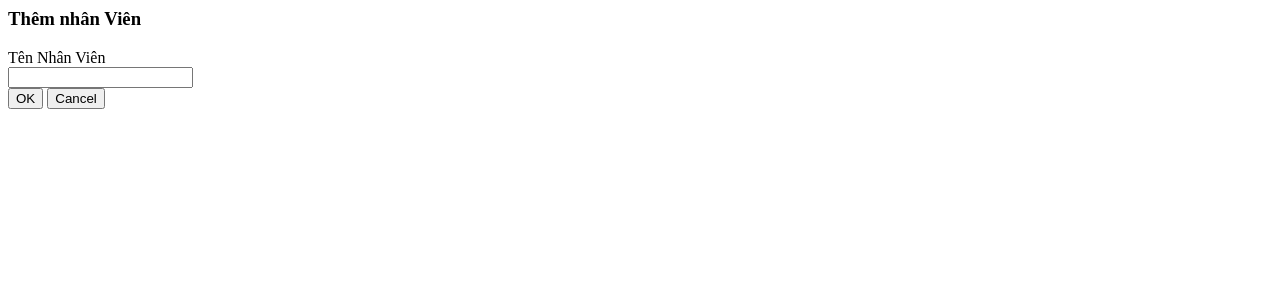
Repository: chickenoken/LuanAn
Page: http://localhost/net/quanLyNhanVienControl
An editor plug-in stored every save of this project. The page is shown before and after the next save, followed by the edit.
The browser window is 1280 px wide. The pictures show the whole page.
The page is served by Tomcat 9. Other server files are loaded and not shown.

Above is the page before, as saved 2019-06-17 09:28:03.

### net/src/main/webapp/WEB-INF/pages/quanLyNhanVienControl.jsp
<div class="modal-header">
  <h3>Thêm nhân Viên</h3>
</div>
<div class="modal-body">
  <div class="row">
    <div class="form-group">
      <div class="col-md-4"><span>Tên Nhân Viên</span></div>
      <div class="col-md-8"><input type="text" ng-model="model.form.control.tenNv"></div>
    </div>
  </div>

</div>
<div class="modal-footer">
    <button class="btn btn-primary" ng-click="ok()">OK</button>
    <button class="btn btn-warning" ng-click="cancel()">Cancel</button>
</div>

### net/src/main/java/org/planning/net/dto/LoginDto.java
package org.planning.net.dto;

import lombok.Getter;
import lombok.Setter;

@Getter
@Setter
public class LoginDto {

    private String maNhanVien;

    private String tenNhanVien;

    private String taiKhoan;

    private String matKhau;

	public String getTaiKhoan() {
        return taiKhoan;
    }

    public void setTaiKhoan(String taiKhoan) {
        this.taiKhoan = taiKhoan;
    }

    public String getMatKhau() {
        return matKhau;
    }

    public void setMatKhau(String matKhau) {
        this.matKhau = matKhau;
    }

    public String getMaNhanVien() {
		return maNhanVien;
	}

	public void setMaNhanVien(String maNhanVien) {
		this.maNhanVien = maNhanVien;
	}

	public String getTenNhanVien() {
		return tenNhanVien;
	}

	public void setTenNhanVien(String tenNhanVien) {
		this.tenNhanVien = tenNhanVien;
	}
}

After the next save:
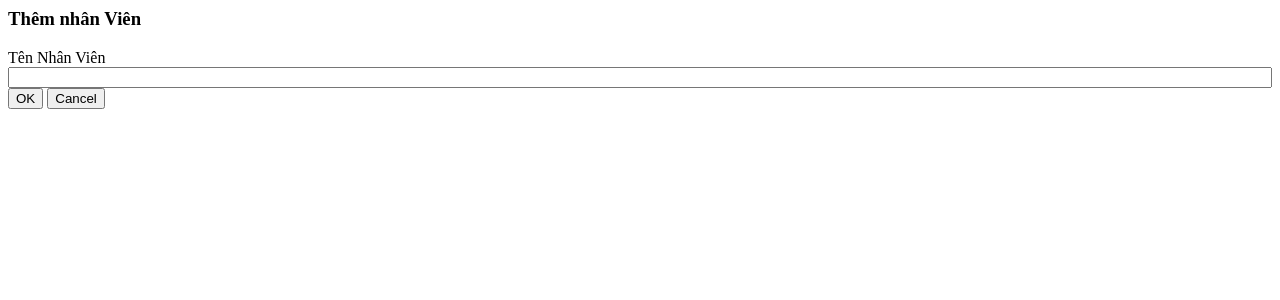
Saved 15 s later.
--- a/net/src/main/webapp/WEB-INF/pages/quanLyNhanVienControl.jsp
+++ b/net/src/main/webapp/WEB-INF/pages/quanLyNhanVienControl.jsp
@@ -5,7 +5,7 @@
   <div class="row">
     <div class="form-group">
       <div class="col-md-4"><span>Tên Nhân Viên</span></div>
-      <div class="col-md-8"><input type="text" ng-model="model.form.control.tenNv"></div>
+      <div class="col-md-8"><input type="text" ng-model="model.form.control.tenNv" style="width : 100%"></div>
     </div>
   </div>
 
